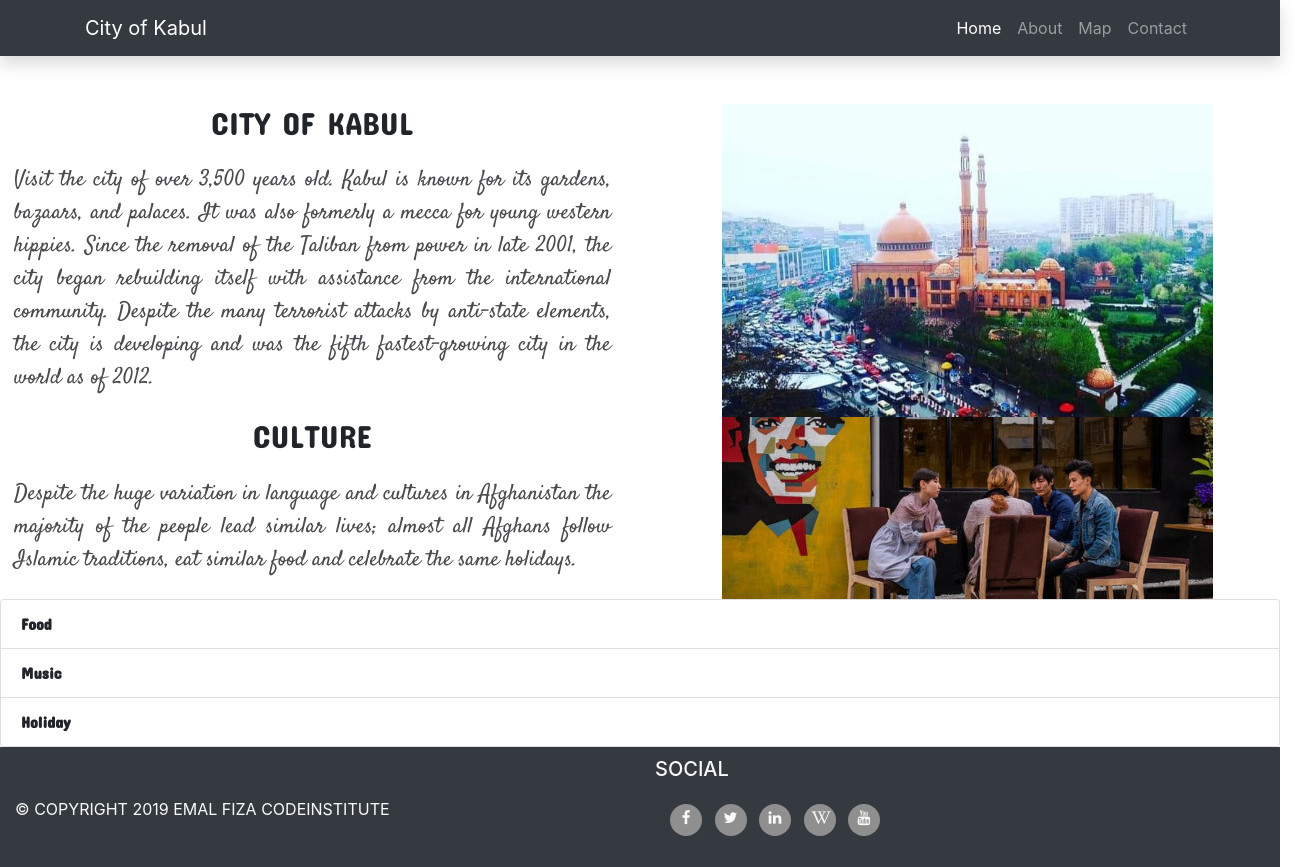
Repository: emalfiza/project-kabul
Page: about.html
The author's editor kept a record of every edit. The page is drawn from the files as they stood at one moment, then again after the next edit.
The browser window is 1280 px wide. The page is 1295 px wide, so the pictures cover 1295 px, including what lies to the right of the window. The pictures show the whole page.

Above is the page before.

After the next edit:
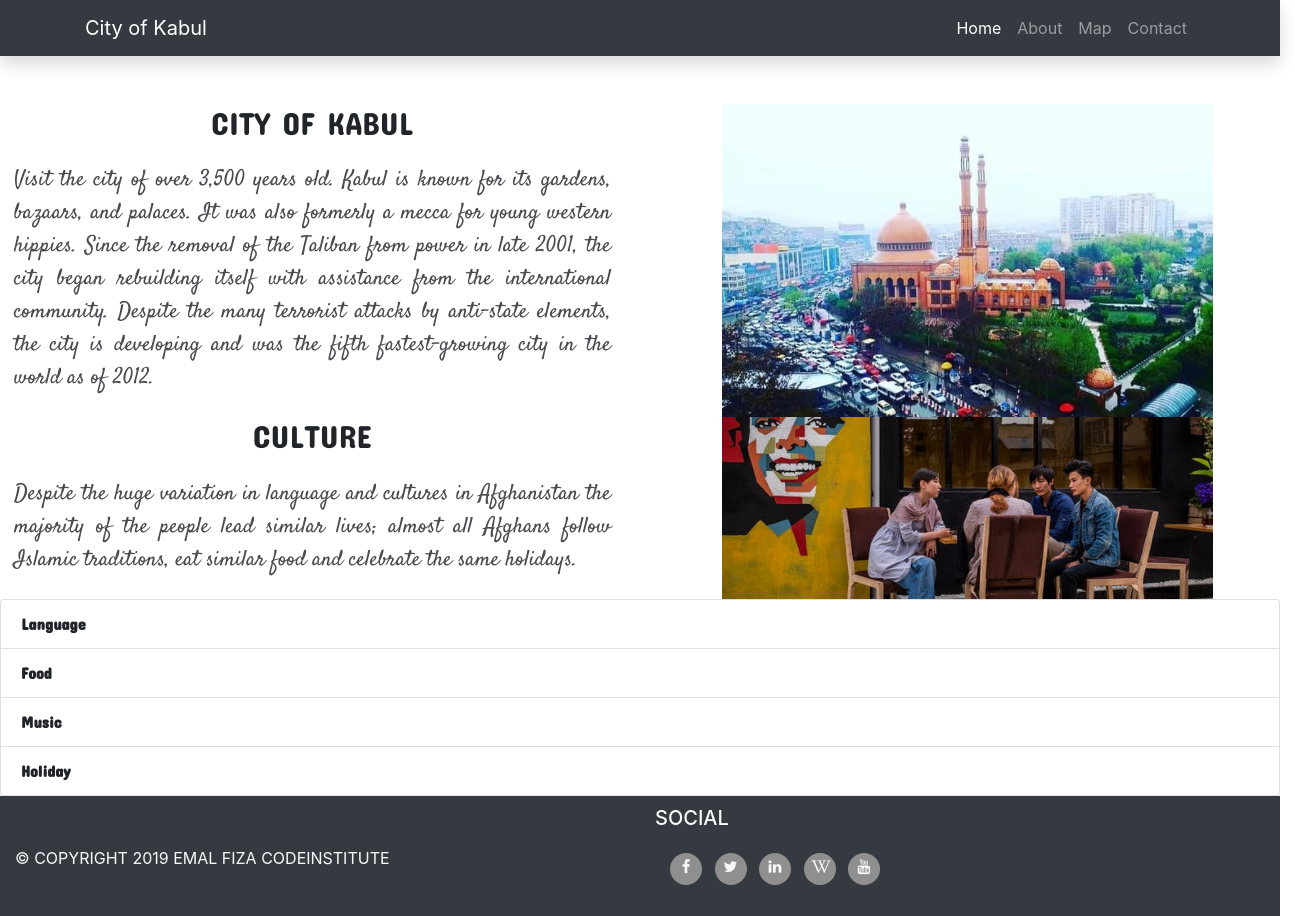
The edit:
--- a/about.html
+++ b/about.html
@@ -76,6 +76,7 @@
   <section>
 
     <ul class="list-group">
+      <li class="list-group-item">Language</li>
       <li class="list-group-item">Food</li>
       <li class="list-group-item">Music</li>
       <li class="list-group-item">Holiday</li>
